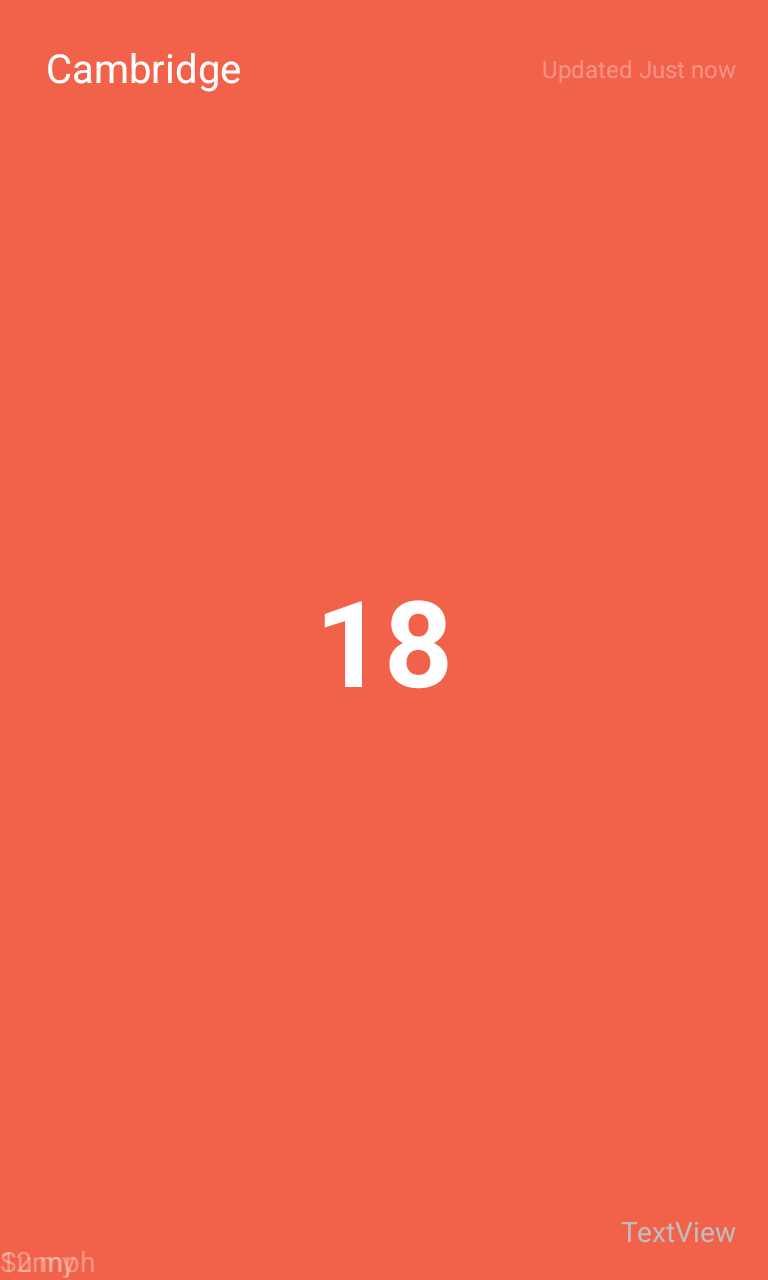
Repository: HarithaAmmuHari/Project
Layout: ExampleAnoop/res/layout/activity_main.xml
An editor plug-in stored every save of this project. The layout is shown before and after the next save, followed by the edit.
It is drawn on a 768 x 1280 px phone screen (xhdpi) without system bars, with theme android:Theme; the app's code is not run.

Above is the layout before, as saved 2015-01-24 05:07:07.

After the next save:
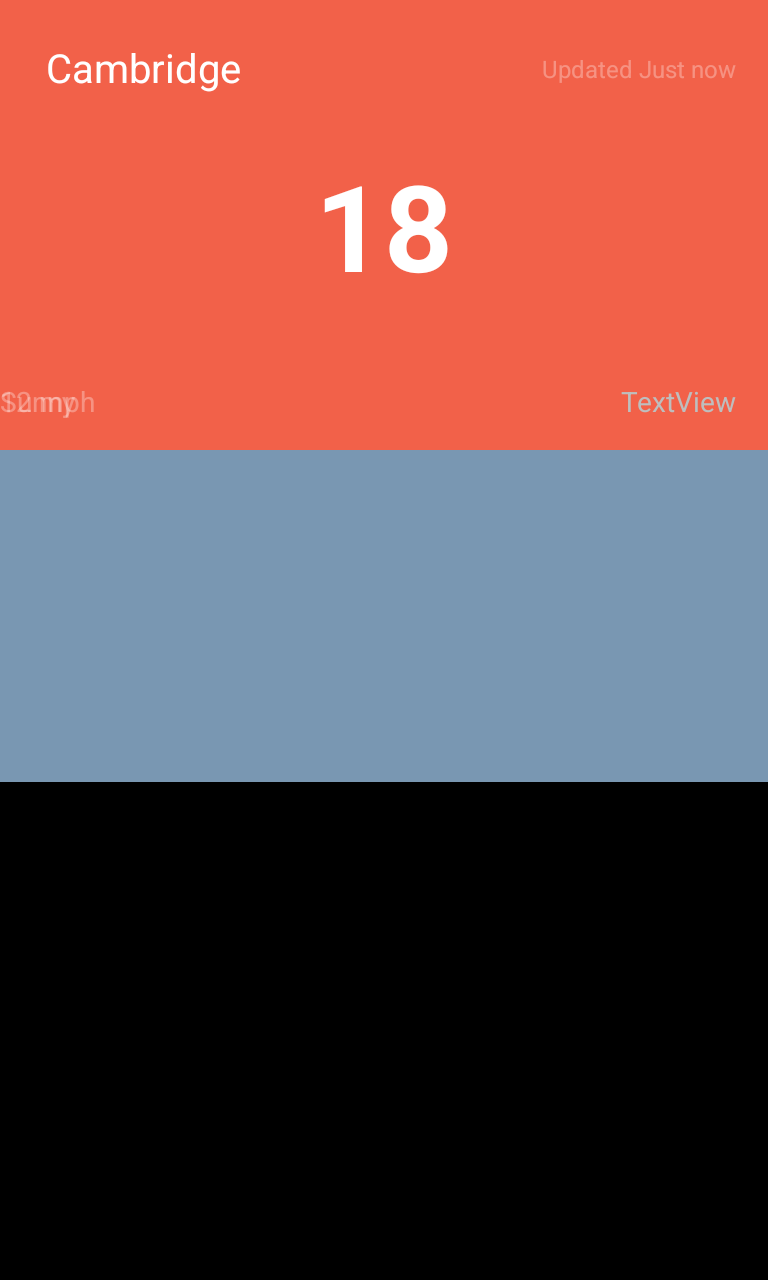
Saved 4 min 25 s later.
--- a/ExampleAnoop/res/layout/activity_main.xml
+++ b/ExampleAnoop/res/layout/activity_main.xml
@@ -9,7 +9,7 @@
 
     <RelativeLayout
         android:layout_width="match_parent"
-        android:layout_height="wrap_content"
+        android:layout_height="225dp"
         android:background="#F26149" >
 
         <TextView
@@ -80,8 +80,9 @@
 
     <RelativeLayout
         android:layout_width="match_parent"
-        android:layout_height="wrap_content"
-        android:layout_weight="2.0" >
+        android:layout_height="166dp"
+        android:background="#7997B2" >
+
     </RelativeLayout>
 
     <RelativeLayout
